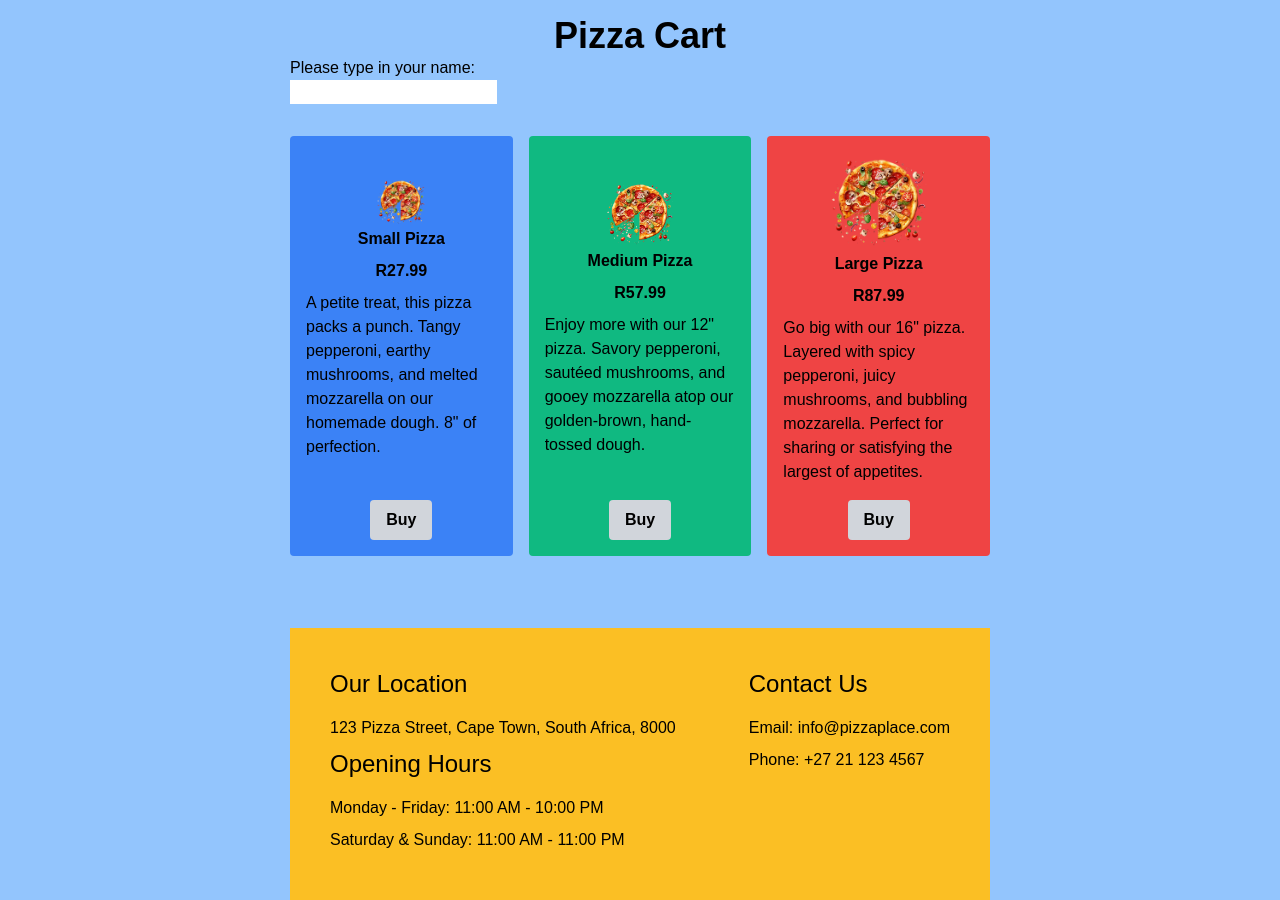
Repository: lasity34/pizza-cart-with-api
Page: index.html
These files come from the project's save history. The page is drawn as it stood at one moment and after the next save; the edit follows.
The browser window is 1280 px wide. The pictures show the whole page.
The page's requests for data from a server got no answer. Some web fonts or font styles are not loaded; a fallback is used. Some web libraries are served in a nearby version.

Above is the page before, as saved 2023-07-16 18:13:50.
Console error (its wording comes from the project's code and is left out).

After the next save:
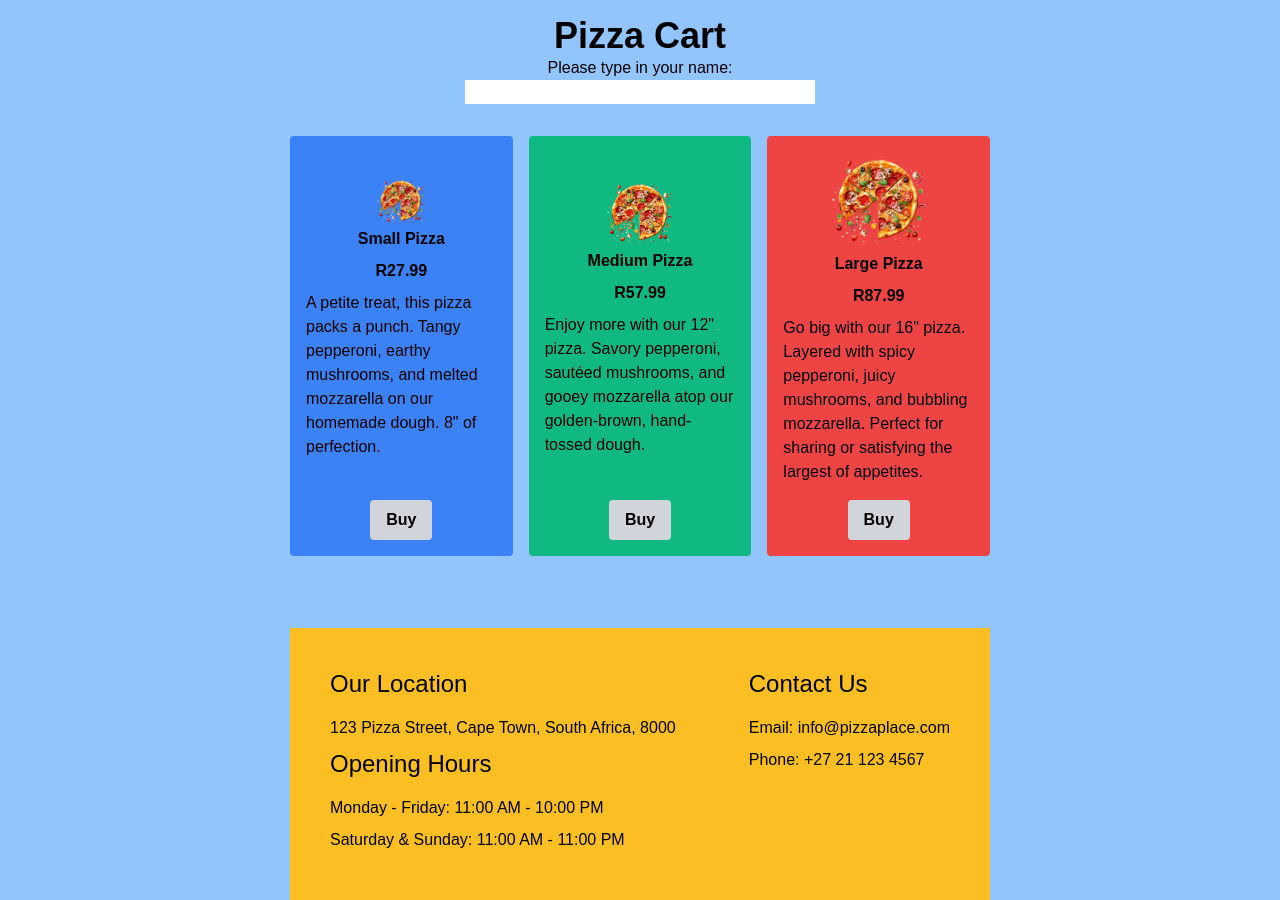
Saved 52 s later.
--- a/index.html
+++ b/index.html
@@ -28,9 +28,9 @@
     <section class="flex justify-center items-center">
       <h1 class="text-4xl pt-4 font-bold">Pizza Cart</h1>
     </section>
-    <section>
+    <section class="flex flex-col items-center">
       <h3>Please type in your name:</h3>
-      <input type="text" x-modal="username" />
+      <input type="text" x-modal="username" class="w-1/2" />
     </section>
     <section  x-show=" cartTotal > 0 "
   class="shop-container my-3 sm:my-4 p-4 sm:p-5 flex flex-col text-xs sm:text-sm justify-center items-center"
